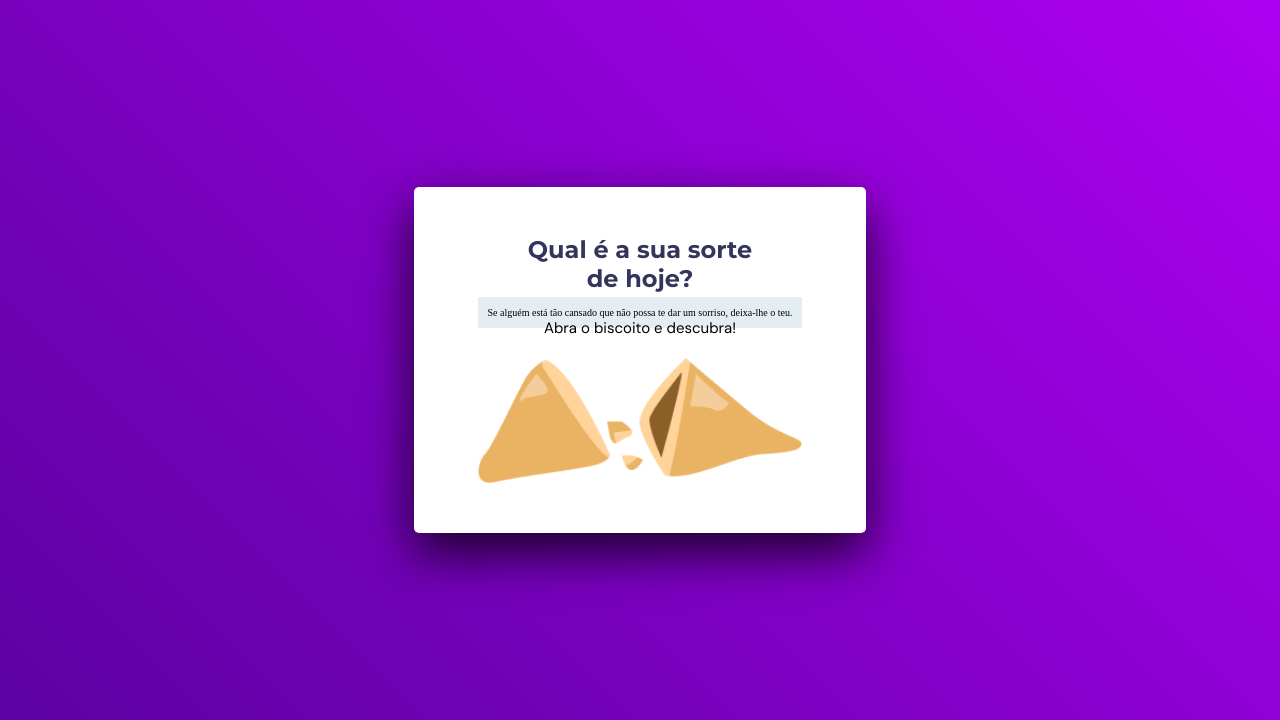
Repository: caueenrico/cookieCoach
Page: index.html
These files come from the project's save history. The page is drawn as it stood at one moment and after a run of saves; the edit follows.
The browser window is 1280 px wide. The pictures show the whole page.

Above is the page before, as saved 2023-06-27 16:43:31.

### index.html
<!DOCTYPE html>
<html lang="en">
  <head>
    <meta charset="UTF-8" />
    <meta name="viewport" content="width=device-width, initial-scale=1.0" />
    <link rel="preconnect" href="https://fonts.googleapis.com" />
    <link rel="preconnect" href="https://fonts.gstatic.com" crossorigin />
    <link
      href="https://fonts.googleapis.com/css2?family=DM+Sans&family=Dancing+Script&family=Montserrat:wght@700&display=swap"
      rel="stylesheet"
    />
    <link rel="stylesheet" href="style.css" />
    <title>biscoito da sorte</title>
  </head>
  <body>
    <main>

      <div class="hide">
        <h1>
          Qual é a sua sorte <br />
          de hoje?
        </h1>
        <p>Abra o biscoito e descubra!</p>
        <img src="/biscoitoClose.png" alt="" />
      </div>

      <div>
        <h1>
          Qual é a sua sorte <br />
          de hoje?
        </h1>

        <span>
          Se alguém está tão cansado que não possa te dar um sorriso, deixa-lhe o teu.
        </span>
        <p>Abra o biscoito e descubra!</p>
        <img src="/opened-cookie.png" alt="" />
      </div>

    </main>
  </body>
  <script src="script.js"></script>
</html>

### style.css
* {
  margin: 0;
  padding: 0;
  box-sizing: border-box;
}

:root {
  font-size: 62.5%;

  --fs-heading: 2.4rem;
  --ff-heading: "Montserrat", sans-serif;

  --fs-subt: 1.5rem;
  --ff-subt: "DM Sans", sans-serif;
}

body {
  height: 100vh;
  width: 100vw;
  display: flex;
  flex-direction: column;
  justify-content: center;

  background: linear-gradient(45deg, #190361, #bb00ff);
  animation: gradient 10s ease infinite;
  background-size: 200% 200%;
}

@keyframes gradient {
	0% {
		background-position: 0% 50%;
	}
	50% {
		background-position: 100% 50%;
	}
	100% {
		background-position: 0% 50%;
	}
}

main {
  margin: 0 auto;

  display: flex;
  flex-direction: column;
  align-items: center;
  justify-content: center;

  padding: 4.8rem 6.4rem;
  background-color: #fff;

  text-align: center;

  border-radius: 5px;
  box-shadow: 0px 20px 50px 0px rgba(0, 0, 0, 0.8);
}

main h1 {
  font-family: var(--ff-heading);
  font-size: var(--fs-heading);
  font-weight: 700;

  color: #34355b;
  margin-bottom: 1.4rem;
}

main p {
  font-size: var(--fs-subt);
  font-family: var(--ff-subt);

  margin-bottom: 2rem;
}

main img {
  width: 100%;
  flex-shrink: 0;
}

main img:hover {

  animation: treme 0.1s infinite;

}

@keyframes treme {
  0% {margin-left: 0;}
  25% {margin-left: 5px;}
  50% {margin-left: 0;}
  75% {margin-left: -5px;}
  100% {margin-left: 0;}
}

.hide {
  display: none;
}


span {
  padding: 10px;
  text-align: center;
  width: 29.3rem;
  background: #E4EDF1;



}

### script.js
let img = document.querySelector('img');

img.addEventListener('click', () => {
    img.classList.toggle('active');
    console.log('clicked');
}
)

After the next 2 saves:
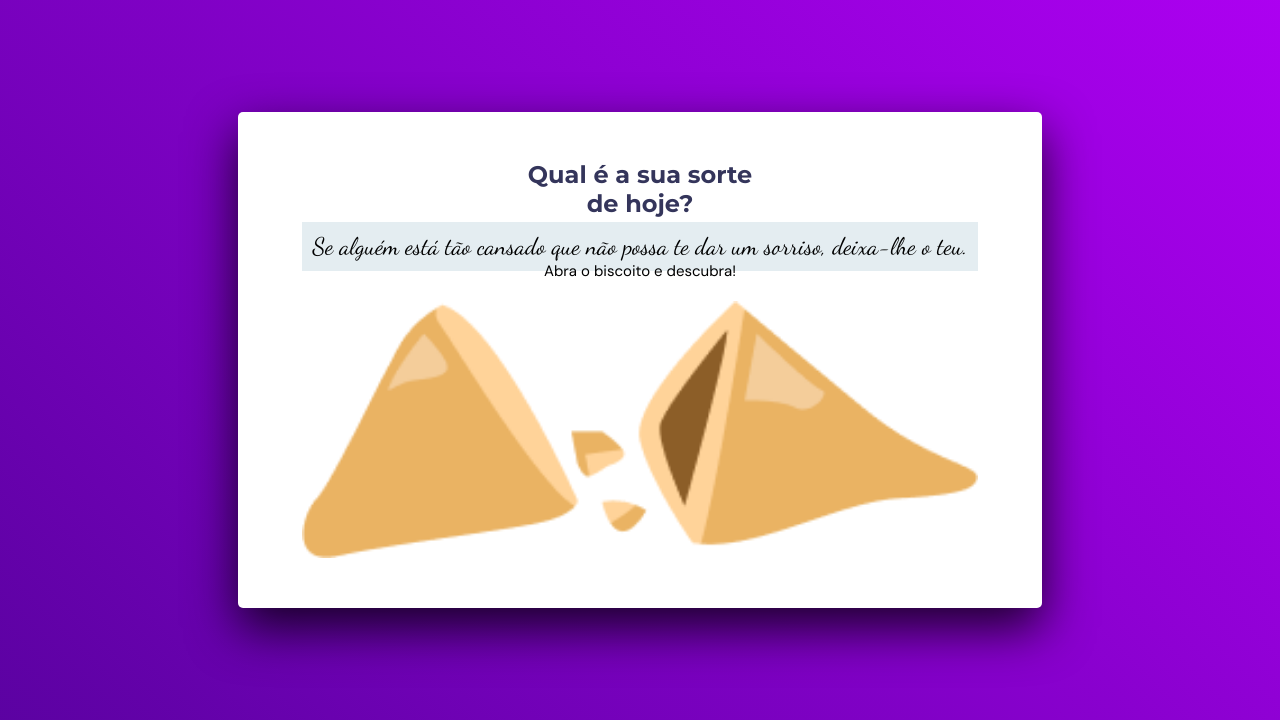
The 2 saves are shown as one change because they came seconds apart.
The last was saved 13 s later.
--- a/style.css
+++ b/style.css
@@ -27,15 +27,15 @@ body {
 }
 
 @keyframes gradient {
-	0% {
-		background-position: 0% 50%;
-	}
-	50% {
-		background-position: 100% 50%;
-	}
-	100% {
-		background-position: 0% 50%;
-	}
+  0% {
+    background-position: 0% 50%;
+  }
+  50% {
+    background-position: 100% 50%;
+  }
+  100% {
+    background-position: 0% 50%;
+  }
 }
 
 main {
@@ -77,30 +77,36 @@ main img {
 }
 
 main img:hover {
-
   animation: treme 0.1s infinite;
-
 }
 
 @keyframes treme {
-  0% {margin-left: 0;}
-  25% {margin-left: 5px;}
-  50% {margin-left: 0;}
-  75% {margin-left: -5px;}
-  100% {margin-left: 0;}
+  0% {
+    margin-left: 0;
+  }
+  25% {
+    margin-left: 5px;
+  }
+  50% {
+    margin-left: 0;
+  }
+  75% {
+    margin-left: -5px;
+  }
+  100% {
+    margin-left: 0;
+  }
 }
 
 .hide {
   display: none;
 }
 
-
 span {
   padding: 10px;
   text-align: center;
   width: 29.3rem;
-  background: #E4EDF1;
-
-
-
+  background: #e4edf1;
+  font-size: 24px;
+  font-family: Dancing Script;
 }
